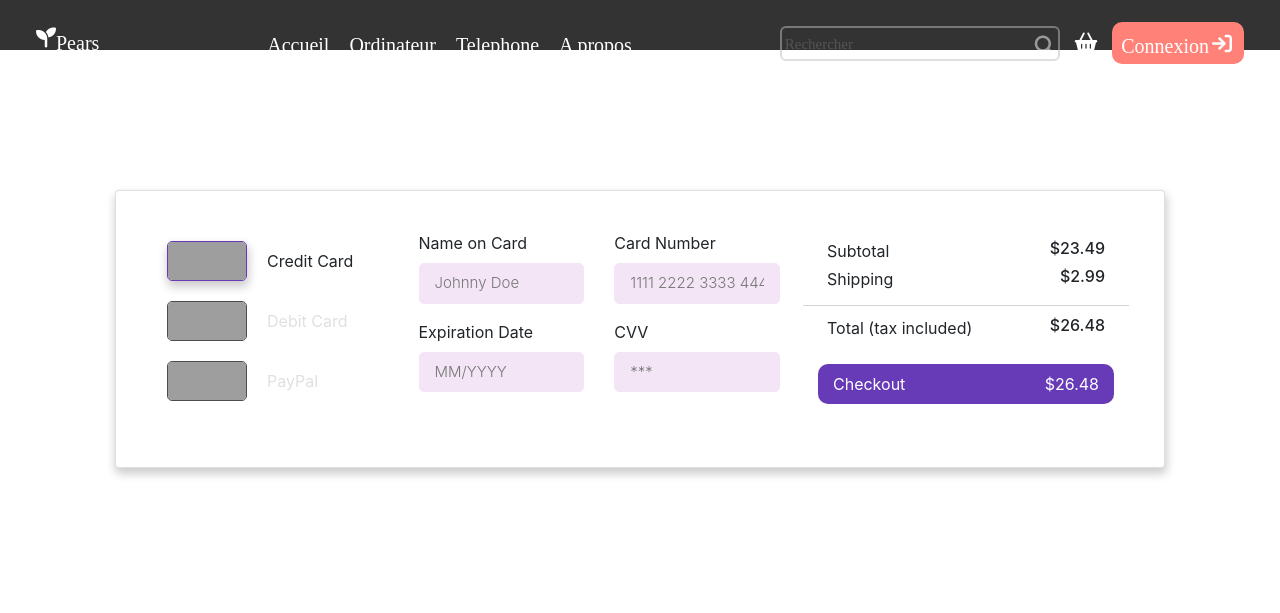
Repository: Kakouuu/PPE1-iPear
Page: http://localhost/Stage/verifpaiement.php
An editor plug-in stored every save of this project. The page is shown before and after the next save, followed by the edit.
The browser window is 1280 px wide. The pictures show the whole page.
Pictures or frames that could not be fetched are drawn as grey boxes. Some web libraries are served in a nearby version. The page is run by PHP 8.4 with error messages shown; the project is at /var/www/html/.

Above is the page before, as saved 2023-04-28 15:09:52.

After the next save:
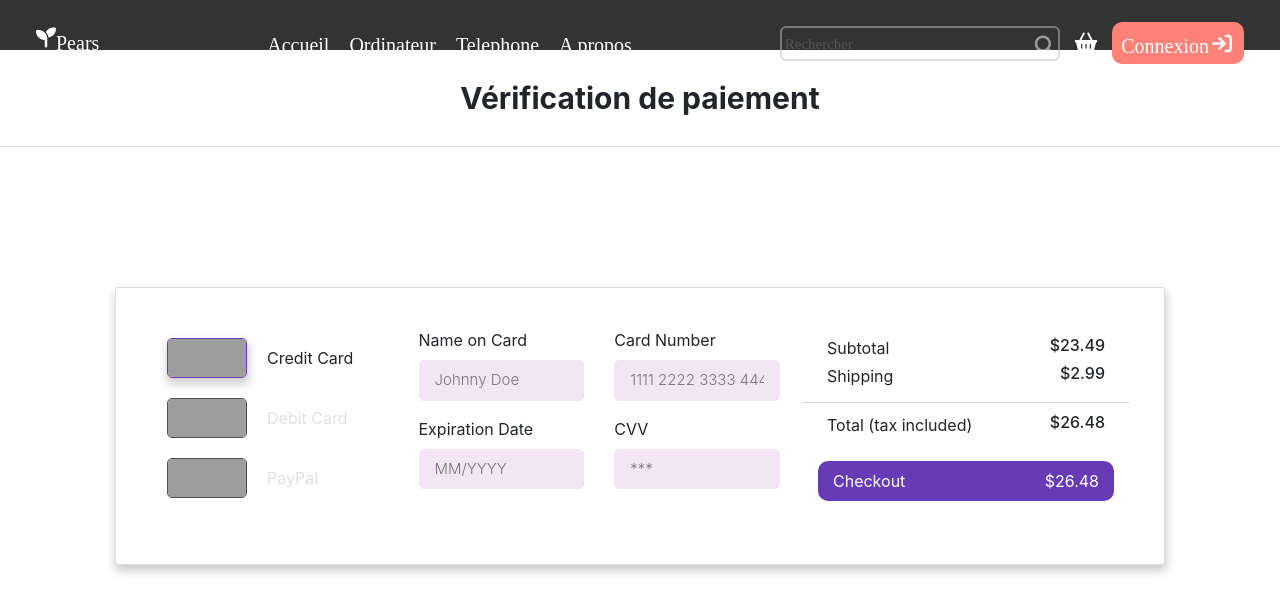
Saved 6 s later.
--- a/verifpaiement.php
+++ b/verifpaiement.php
@@ -20,7 +20,8 @@
 <body>
 
 
-
+    <h3 class="title">Vérification de paiement</h3>
+    <hr>
 
     <div class="row justify-content-center" style="margin:100px">
         <div class="col-lg-12">
